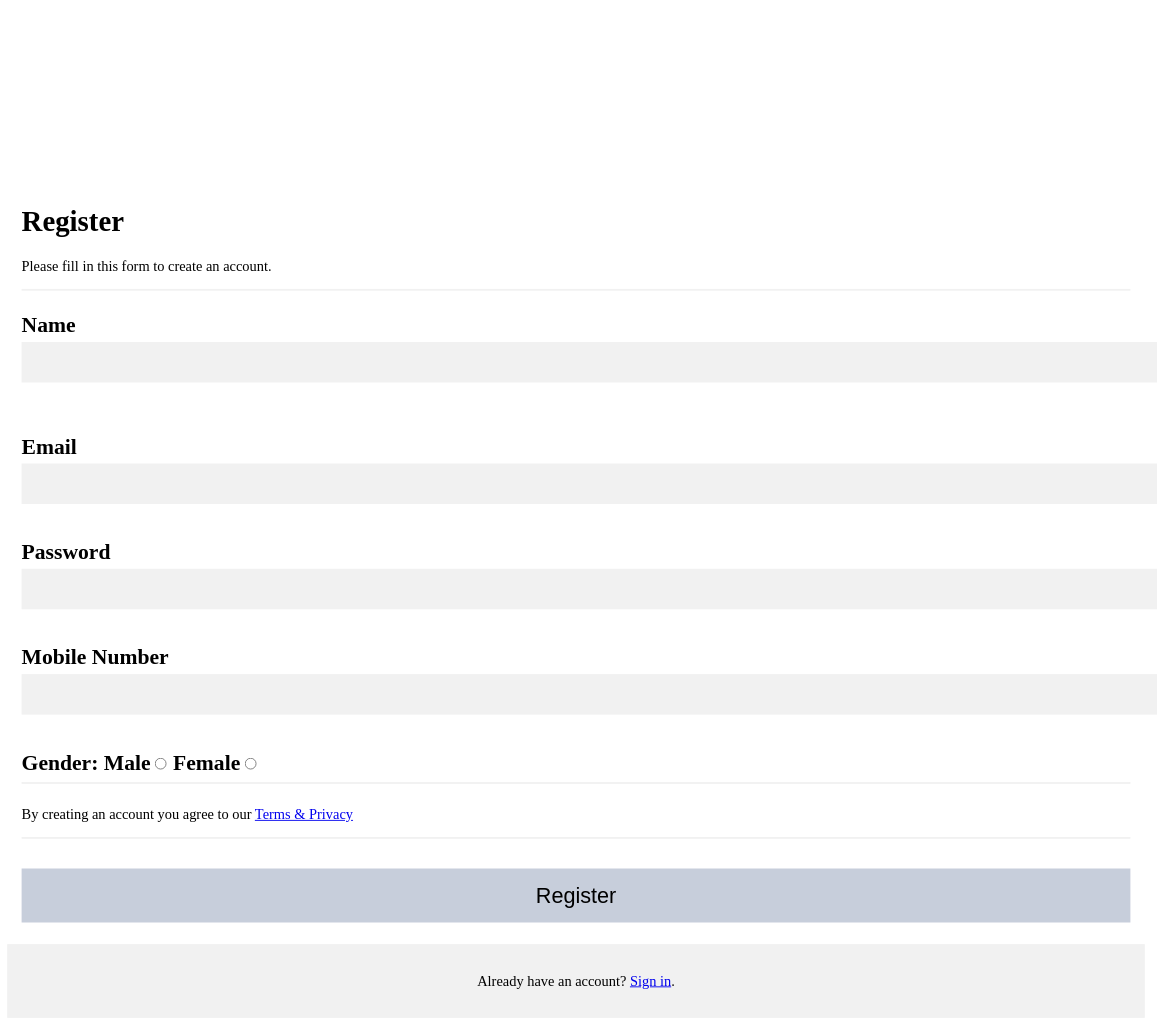
Repository: pavani122/Ecommerce
Page: http://localhost/Ecommerce/WEB-INF/view/register.jsp
An editor plug-in stored every save of this project. The page is shown before and after the next save, followed by the edit.
The browser window is 1280 px wide. The page is 1286 px wide, so the pictures cover 1286 px, including what lies to the right of the window. The pictures show the whole page, at 90% of full size.
The page is served by Tomcat 9. Nobody is signed in. The template is opened directly, without the code that normally fills it, so the values that code supplies are empty.

Above is the page before, as saved 2022-09-02 06:18:20.

After the next save:
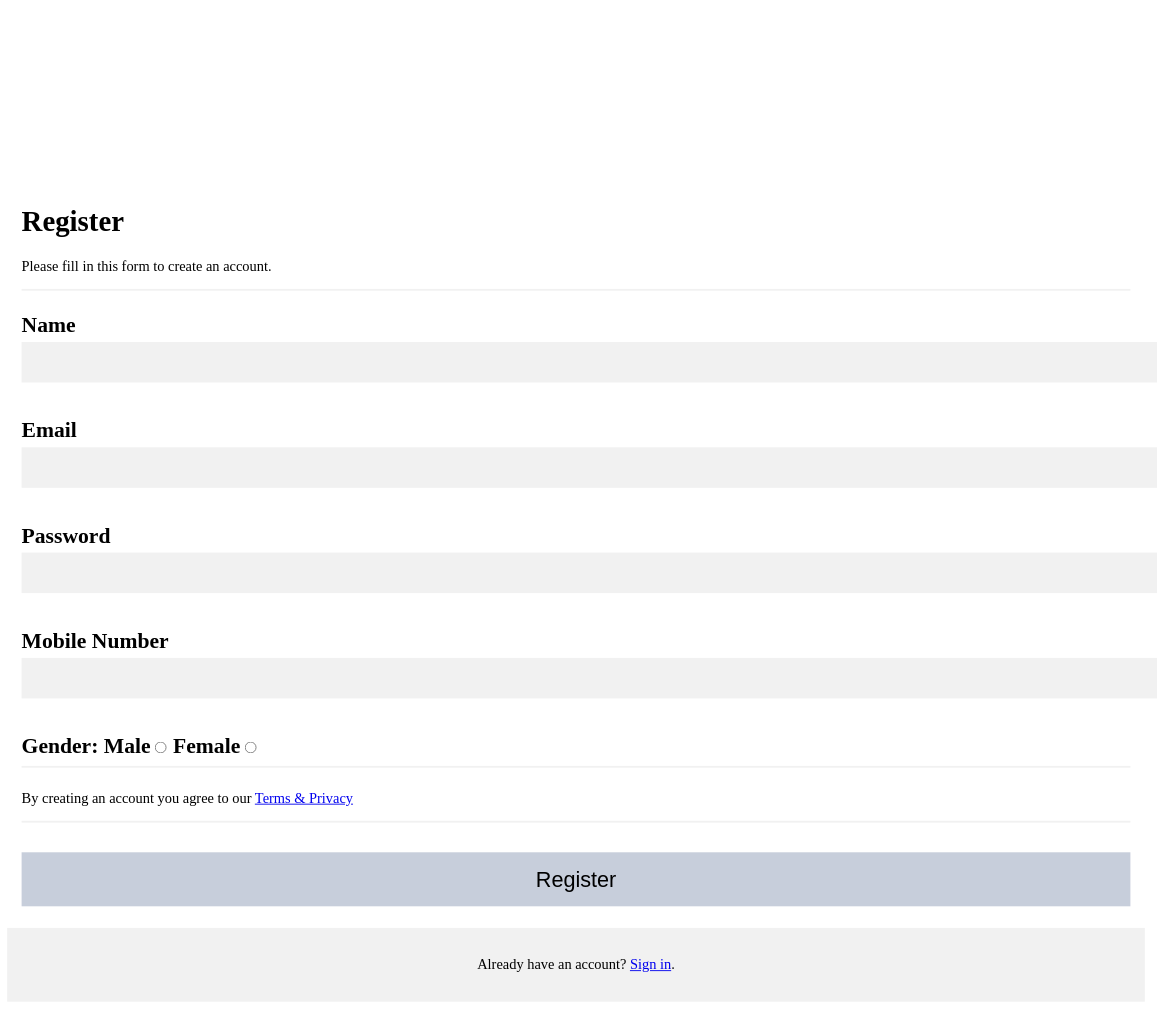
Saved 11 s later.
--- a/Ecommerce/src/main/webapp/WEB-INF/view/register.jsp
+++ b/Ecommerce/src/main/webapp/WEB-INF/view/register.jsp
@@ -71,7 +71,7 @@ ${notRegistered }<br><br></h1>
 <h1>Register</h1>
     <p>Please fill in this form to create an account.</p>
     <hr>
-<label id="fields"><b>Name</b></label><form:input path="name"/><br><br>
+<label id="fields"><b>Name</b></label><form:input path="name"/><br>
 <form:errors path="name"></form:errors><br>
 <label id="fields"><b>Email</b></label><form:input path="email"/><br><br>
 <label id="fields"><b>Password</b></label><form:password path="password"/><br><br>
